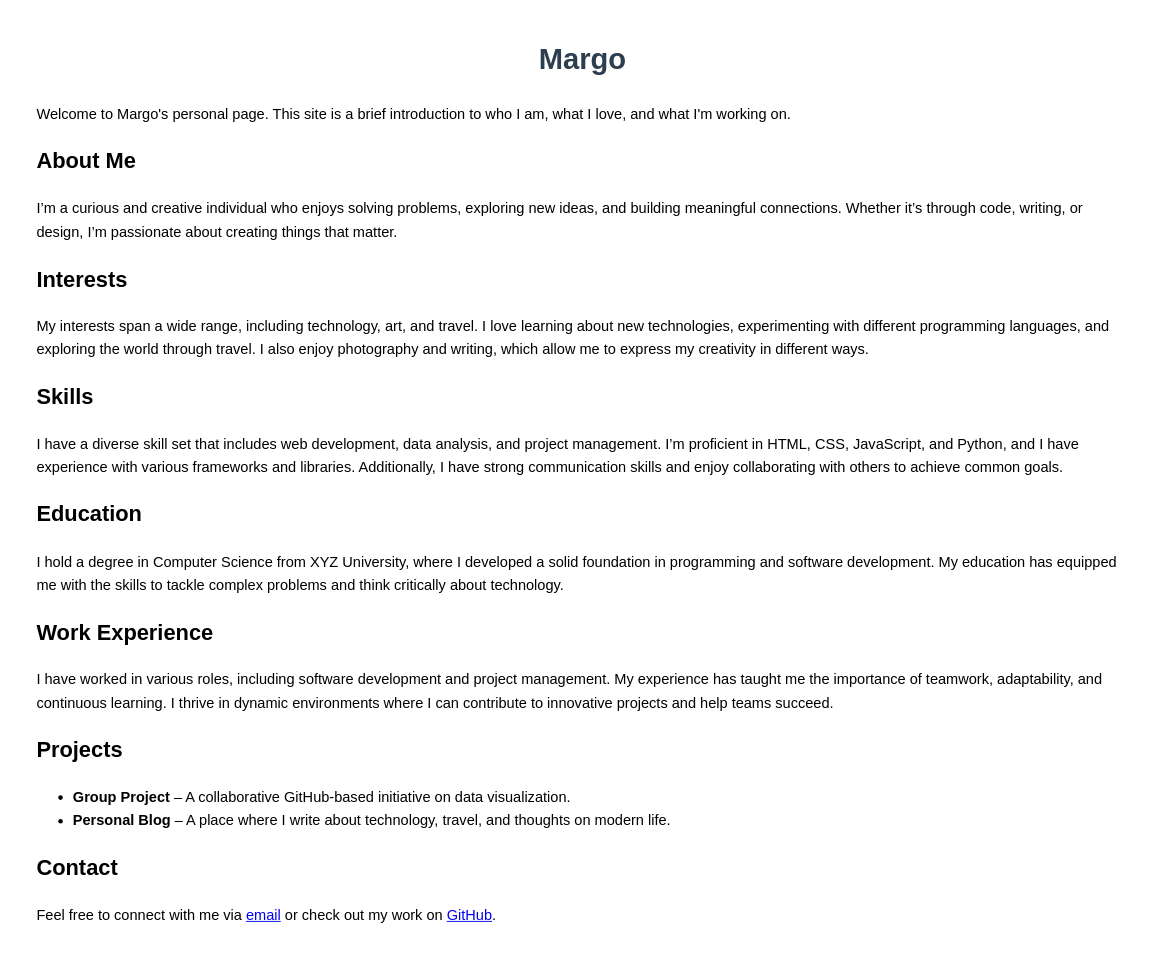
Repository: margo-m-chen/group_project
Page: my_file.html
These files come from the project's save history. The page is drawn as it stood at one moment and after the next save; the edit follows.
The browser window is 1280 px wide. The pictures show the whole page, at 91% of full size.

Above is the page before, as saved 2025-07-18 13:55:47.

### my_file.html
<!DOCTYPE html>
<html lang="en">

<head>
    <meta charset="UTF-8">
    <title>Margo</title>
    <style>
        body {
            font-family: Arial, sans-serif;
            margin: 40px;
            line-height: 1.6;

        }

        h1 {
            color: #2c3e50;
        }
    </style>
</head>

<body>
    <h1 style="text-align: center;">Margo</h1>

    <p>
        Welcome to Margo's personal page. This site is a brief introduction to who I am, what I love, and what I'm
        working on.
    </p>
    <h2>About Me</h2>
    <p>
        I’m a curious and creative individual who enjoys solving problems, exploring new ideas, and building meaningful
        connections.
        Whether it’s through code, writing, or design, I’m passionate about creating things that matter.
    </p>
    <h2>Interests</h2>
    <p>
        My interests span a wide range, including technology, art, and travel. I love learning about new technologies,
        experimenting with different programming languages, and exploring the world through travel.
        I also enjoy photography and writing, which allow me to express my creativity in different ways.
    </p>
    <h2>Skills</h2>
    <p>
        I have a diverse skill set that includes web development, data analysis, and project management. I’m proficient
        in
        HTML, CSS, JavaScript, and Python, and I have experience with various frameworks and libraries.
        Additionally, I have strong communication skills and enjoy collaborating with others to achieve common goals.

    </p>

    <h2>Education</h2>

    <p>
        I hold a degree in Computer Science from XYZ University, where I developed a solid foundation in programming and
        software development.
        My education has equipped me with the skills to tackle complex problems and think critically about technology.
    </p>


    <h2>Work Experience</h2>
    <p>
        I have worked in various roles, including software development and project management. My experience has taught
        me the importance of teamwork, adaptability, and continuous learning.
        I thrive in dynamic environments where I can contribute to innovative projects and help teams succeed.
    </p>


    <h2>Projects</h2>
    <ul>
        <li><strong>Group Project</strong> – A collaborative GitHub-based initiative on data visualization.</li>
        <li><strong>Personal Blog</strong> – A place where I write about technology, travel, and thoughts on modern
            life.</li>
    </ul>
    <h2>Contact</h2>
    <p>
        Feel free to connect with me via <a href="mailto:margo.m.chen@hsbc.com.cn">email</a> or check out my work on <a
            href="https://github.com/margo-m-chen" target="_blank">GitHub</a>.
    </p>
</body>

</html>

After the next save:
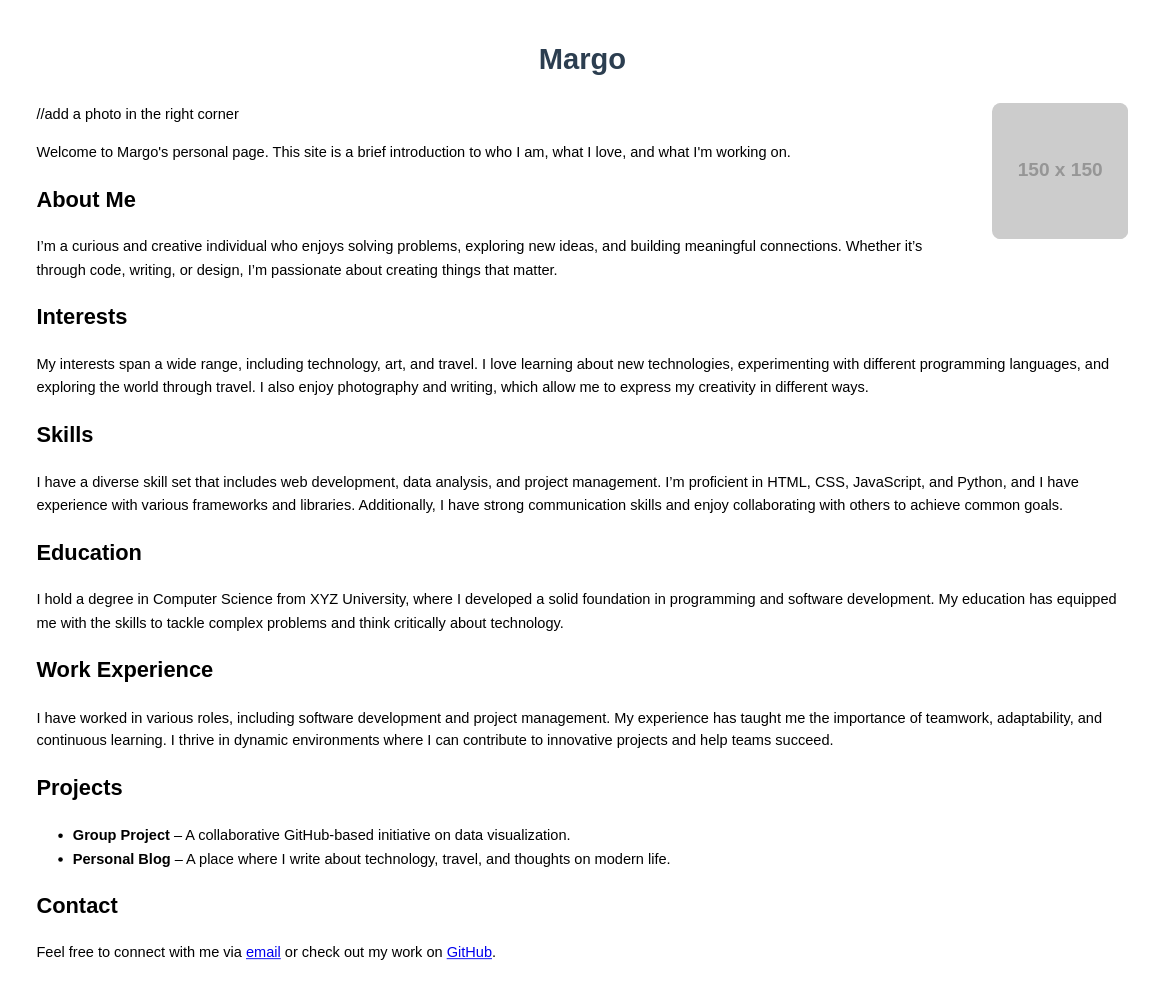
Saved 63 s later.
--- a/my_file.html
+++ b/my_file.html
@@ -20,6 +20,10 @@
 
 <body>
     <h1 style="text-align: center;">Margo</h1>
+
+    //add a photo in the right corner
+    <img src="https://via.placeholder.com/150" alt="Margo's Photo"
+        style="float: right; margin-left: 20px; border-radius: 10px;">
 
     <p>
         Welcome to Margo's personal page. This site is a brief introduction to who I am, what I love, and what I'm
